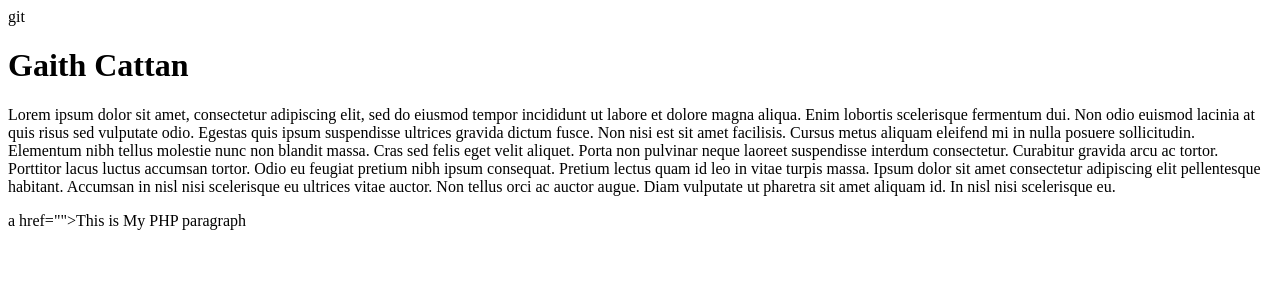
Repository: GaithCattan/COSW30
Page: http://localhost/labwork/lab1.php
The author's editor kept a record of every edit. The page is drawn from the files as they stood at one moment, then again after the next edit.
The browser window is 1280 px wide. The pictures show the whole page.
The page is run by PHP 8.4 with error messages shown; the project is at /var/www/html/.

Above is the page before.

After the next edit:
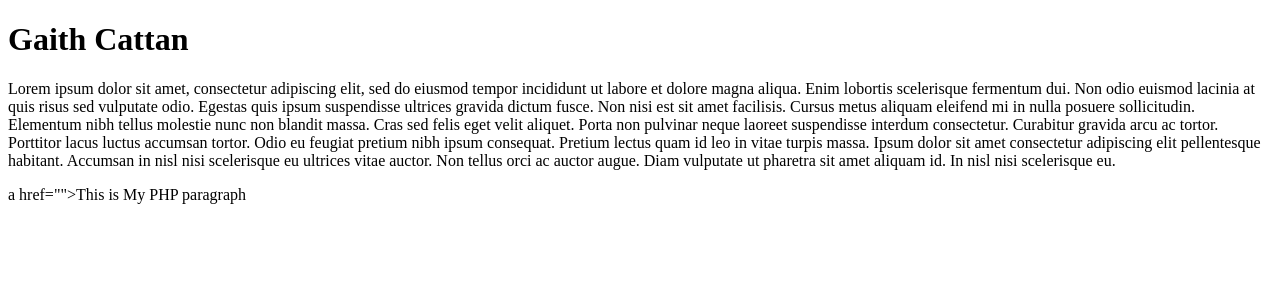
The edit:
--- a/labwork/lab1.php
+++ b/labwork/lab1.php
@@ -3,7 +3,7 @@
     <head>
             <title>My Name is Gaith</title>
 
-    </head>git
+    </head>
     <body>
         <h1>Gaith Cattan</h1>
         <p>Lorem ipsum dolor sit amet, consectetur adipiscing elit, sed do eiusmod tempor incididunt ut labore et dolore magna aliqua. Enim lobortis scelerisque fermentum dui. Non odio euismod lacinia
